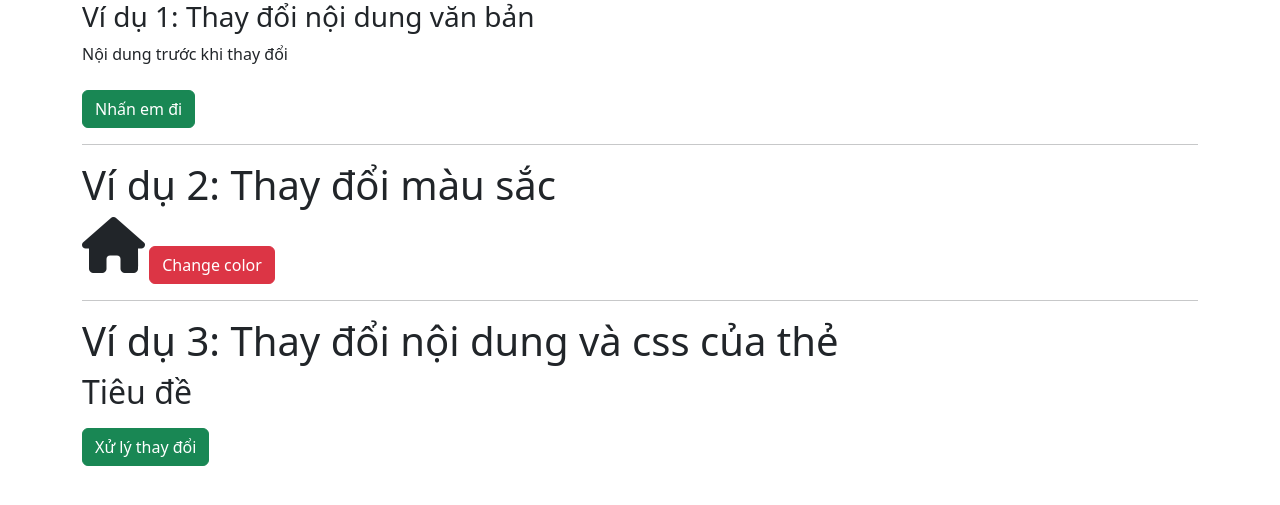
Repository: hcozyph/cyberSoft_JS_fulldocs
Page: JS_2/index.html
The author's editor kept a copy of each file at every save. The page is drawn from the files as they stood at one save, then again after the next save.
The browser window is 1280 px wide. The pictures show the whole page.
After loading, the first visible `button[onclick="changeContent()"]` was clicked once.

Above is the page before, as saved 2023-01-21 19:16:41.

### JS_2/index.html
<!-- bs5-$ -->
<!DOCTYPE html>
<html lang="en">
    <head>
        <title>Title</title>
        <!-- Required meta tags -->
        <meta charset="utf-8" />
        <meta
            name="viewport"
            content="width=device-width, initial-scale=1, shrink-to-fit=no"
        />

        <!-- Bootstrap CSS v5.2.1 -->
        <link
            href="https://cdn.jsdelivr.net/npm/bootstrap@5.2.1/dist/css/bootstrap.min.css"
            rel="stylesheet"
            integrity="sha384-iYQeCzEYFbKjA/T2uDLTpkwGzCiq6soy8tYaI1GyVh/UjpbCx/TYkiZhlZB6+fzT"
            crossorigin="anonymous"
        />

        <!-- FontAwesome 6.2.0 CSS -->
        <link
            rel="stylesheet"
            href="https://cdnjs.cloudflare.com/ajax/libs/font-awesome/6.2.0/css/all.min.css"
            integrity="sha512-xh6O/CkQoPOWDdYTDqeRdPCVd1SpvCA9XXcUnZS2FmJNp1coAFzvtCN9BmamE+4aHK8yyUHUSCcJHgXloTyT2A=="
            crossorigin="anonymous"
            referrerpolicy="no-referrer"
        />

        <!-- index.CSS -->
        <link rel="stylesheet" href="./style/index.css" />
    </head>

    <body>
        <div class="container">
            <h1 class="fs-3">Ví dụ 1: Thay đổi nội dung văn bản</h1>
            <p id="txtNoiDung">Nội dung trước khi thay đổi</p>
            <button
                class="btn btn-success mt-2"
                id="btnThayDoi"
                onclick="thayDoiNoiDung()"
            >
                Nhấn em đi
            </button>

            <hr />

            <h1>Ví dụ 2: Thay đổi màu sắc</h1>
            <i class="fa fa-home display-4" id="home"></i>
            <button class="btn btn-danger mt-2" onclick="changeColor()">
                Change color
            </button>

            <hr />

            <h1>Ví dụ 3: Thay đổi nội dung và css của thẻ</h1>
            <h2 id="tieuDe">Tiêu đề</h2>
            <p id="noiDung">Thẻ sẽ ẩn đi khi click</p>
            <button class="btn btn-success mt-2" onclick="changeContent()">
                Xử lý thay đổi
            </button>
        </div>
        <!-- Bootstrap JavaScript Libraries -->
        <script
            src="https://cdn.jsdelivr.net/npm/@popperjs/core@2.11.6/dist/umd/popper.min.js"
            integrity="sha384-oBqDVmMz9ATKxIep9tiCxS/Z9fNfEXiDAYTujMAeBAsjFuCZSmKbSSUnQlmh/jp3"
            crossorigin="anonymous"
        ></script>

        <script
            src="https://cdn.jsdelivr.net/npm/bootstrap@5.2.1/dist/js/bootstrap.min.js"
            integrity="sha384-7VPbUDkoPSGFnVtYi0QogXtr74QeVeeIs99Qfg5YCF+TidwNdjvaKZX19NZ/e6oz"
            crossorigin="anonymous"
        ></script>

        <!-- js: customize -->
        <script src="./index.js"></script>
    </body>
</html>

### JS_2/style/index.css
.big-home {
    font-size: 200px;
    color: gold;
    border: 1px solid red;
}

### JS_2/index.js

//Ví dụ 1: thay đổi nội dung
function thayDoiNoiDung() {
    var thayDoiNoiDung = document.getElementById('txtNoiDung');
    thayDoiNoiDung.innerHTML = 'Nội dung sau khi thay đổi';
}

//Ví dụ 2: Thay đổi màu sắc
function changeColor () {
    var tagHome = document.getElementById('home');
    // tagHome.style.color = 'red';
    // // đối với thuộc tính CSS có 2 từ trở lên -> viết kiểu camelS
    // tagHome.style.fontSize = '200px';

    //Thay đổi class
        tagHome.className = 'fa fa-home big-home shadow-lg';
}

/*
Chuyển đổi style trong css và js
    css                 js
    font-weight         fontWeight
    background-color    backgroundColor
    margin-top          marginTop
*/

function changeContent () {
    var tagNoiDung = document.getElementById('noiDung');

    //ẩn thẻ p
    tagNoiDung.style.display = 'none';
}

After the next save:
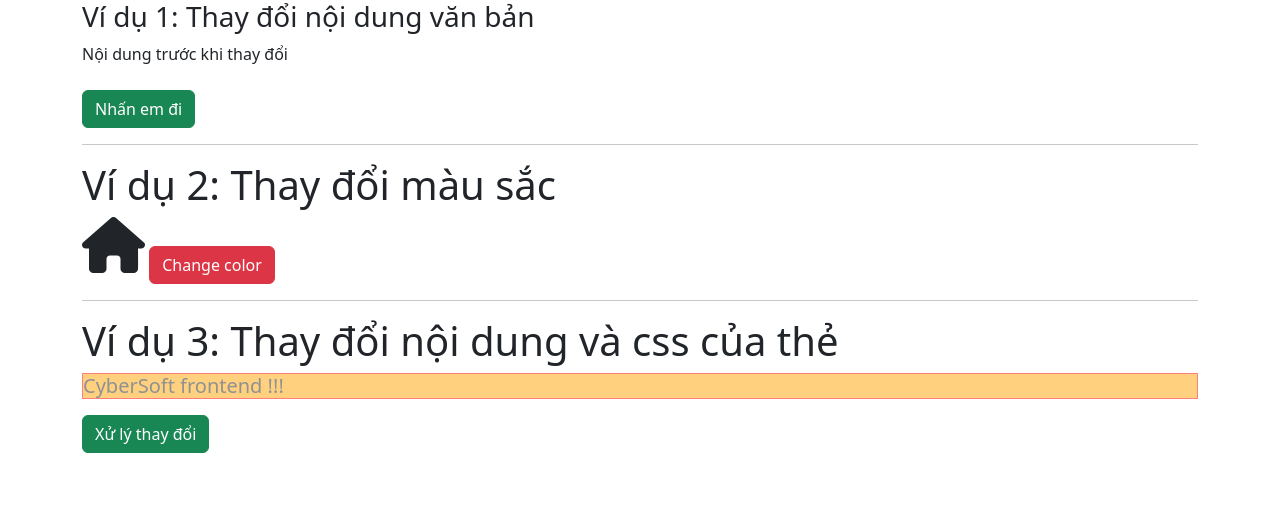
Saved 3 min 10 s later.
--- a/JS_2/index.js
+++ b/JS_2/index.js
@@ -25,8 +25,15 @@ Chuyển đổi style trong css và js
 */
 
 function changeContent () {
+    var tagTieuDe = document.getElementById('tieuDe')
     var tagNoiDung = document.getElementById('noiDung');
 
     //ẩn thẻ p
     tagNoiDung.style.display = 'none';
+    //thêm background, opacity, fontSize, border thẻ h2#tieuDe
+    tagTieuDe.style.background = 'orange';
+    tagTieuDe.style.opacity = '0.5';
+    tagTieuDe.style.border = '1px solid red';
+    tagTieuDe.style.fontSize = '20px';
+    tagTieuDe.innerHTML = 'CyberSoft frontend !!!';
 }
